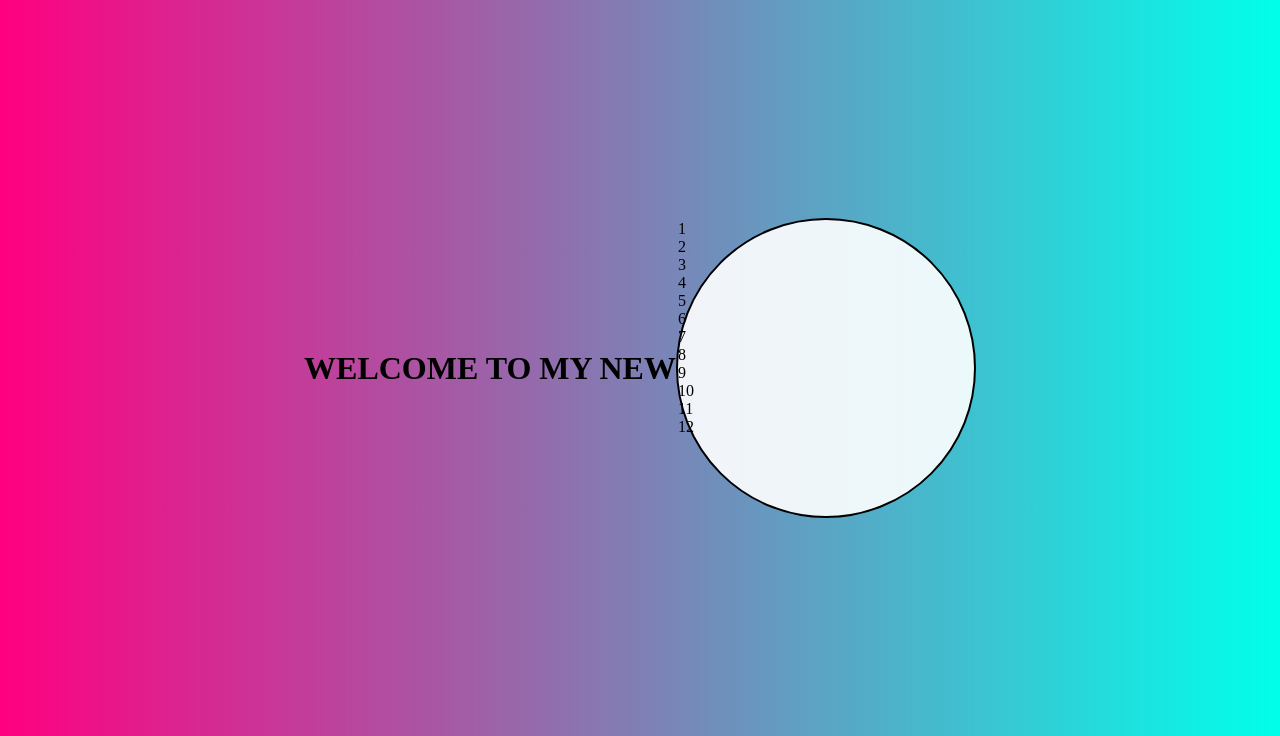
Repository: mirambialex/watch
Page: clock.html
These files come from the project's save history. The page is drawn as it stood at one moment and after the next save; the edit follows.
The browser window is 1280 px wide. The pictures show the whole page.

Above is the page before, as saved 2024-04-29 11:15:02.
Console error: SyntaxError: Unexpected token 'const'

After the next save:
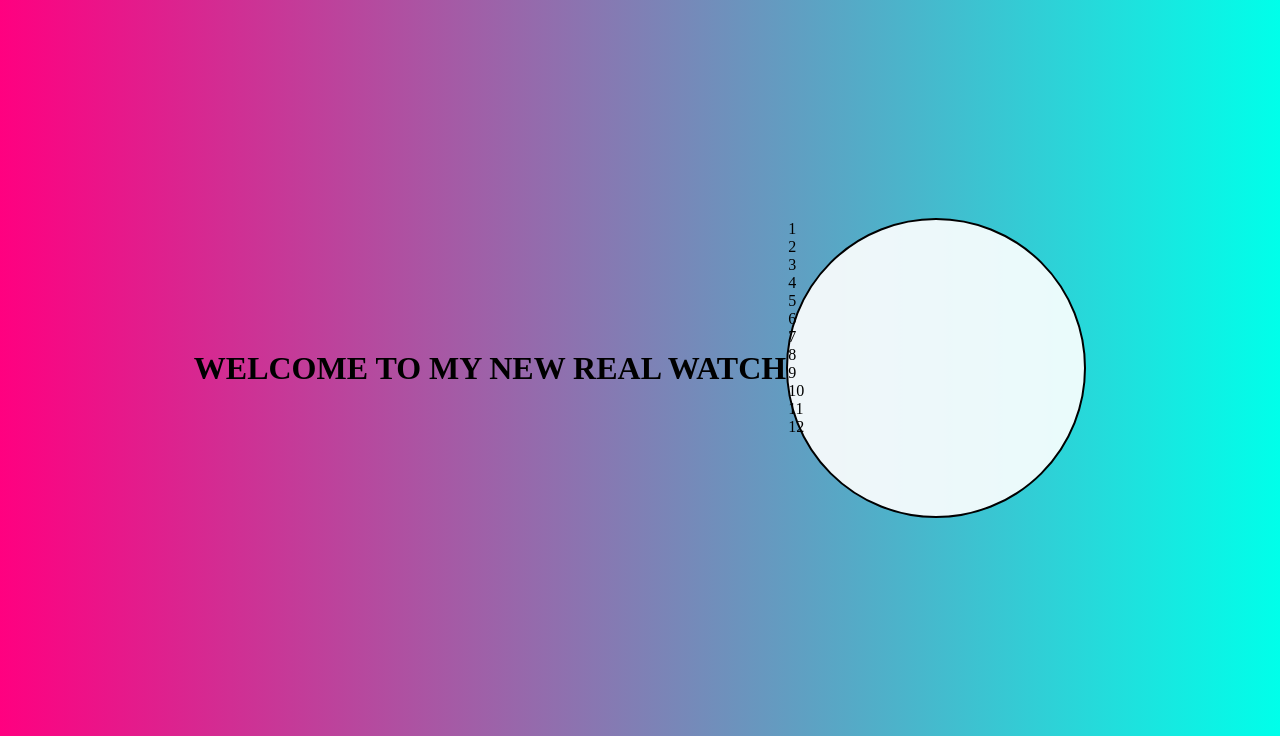
Saved 5 s later.
--- a/clock.html
+++ b/clock.html
@@ -6,7 +6,7 @@
     <link rel="stylesheet" href="clock.css">
     <title></title>
 </head>
-<h1>WELCOME TO MY NEW </h1>
+<h1>WELCOME TO MY NEW REAL WATCH</h1>
 <body>
     <div class="CLOCK">
         <div class="hour hand" data-hour-hand></div>
